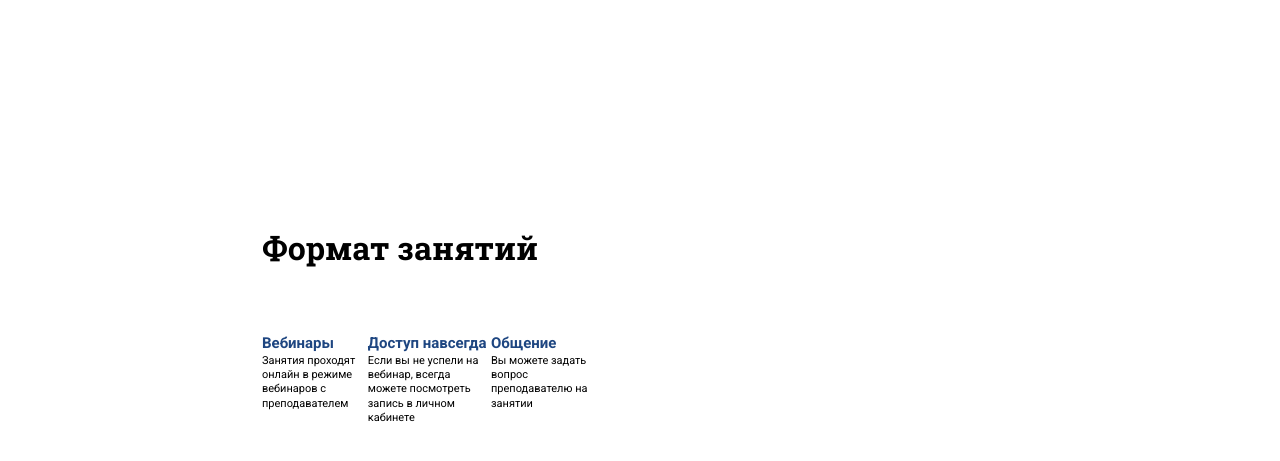
Repository: PoladEziz/Task-4
Page: index.html
These files come from the project's save history. The page is drawn as it stood at one moment and after a run of saves; the edit follows.
The browser window is 1280 px wide. The pictures show the whole page.

Above is the page before, as saved 2023-05-09 17:20:27.

### index.html
<!DOCTYPE html>
<html lang="en">

<head>
    <meta charset="UTF-8">
    <meta http-equiv="X-UA-Compatible" content="IE=edge">
    <meta name="viewport" content="width=device-width, initial-scale=1.0">
    <title>Document</title>
    <link rel="stylesheet" href="index.css">
</head>

<body>
    <div class="main">
        <div class="page-1">
            <h1>Формат занятий</h1>
            <div class="top_child">

                <ul>
                    <li>
                        <h2>Вебинары</h2>
                        <p>Занятия проходят онлайн
                            в режиме вебинаров
                            с преподавателем</p>
                    </li>

                    <li>
                        <h2>Доступ навсегда</h2>
                        <p>Если вы не успели на вебинар, всегда можете посмотреть запись в личном кабинете</p>
                    </li>

                    <li>
                        <h2>Общение</h2>
                        <p>Вы можете задать вопрос
                            преподавателю на занятии</p>
                    </li>


                </ul>
            </div>

        </div>
        <!-- <div class="page-2">
            <h1>Что узнаем</h1>
            <ul>
                <li>Кто чем занят в съёмочной группе; </li>
                <li>На какие этапы делится кинопроизводство; </li>
                <li>Как выглядит сценарий фильма и как он меняется по ходу съёмок; </li>
                <li>Какими методами режиссёры заставляют нас смеяться, плакать и грустить; </li>
                <li>Как построение кадра, музыка и свет помогают считывать заложенные в фильм смыслы; </li>
                <li>Какие жанры есть в кино и как от них зависит работа операторов, осветителей и монтажёров; </li>
                <li>Как, зная всё это, понимать, о чем фильм.</li>
            </ul>




        </div> -->


    </div>
</body>

</html>

### index.css
@import url("https://fonts.googleapis.com/css2?family=Roboto+Slab:wght@700&family=Roboto:wght@700&display=swap");
@import url("https://fonts.googleapis.com/css2?family=Roboto&family=Roboto+Slab:wght@700&display=swap");

* {
  margin: 0;
  padding: 0;
}

.main {
  display: flex;
  flex-direction: column;
  padding-left: 124px;
  padding-top: 162px;
  padding-right: 344px;
}

.page-1 h1 {
  margin-bottom: 133px;
  font-family: "Roboto Slab";
  font-style: normal;
  font-weight: 700;
  font-size: 55px;
  line-height: 55px;
}

.page-1 ul {
  width: 100%;
  display: flex;
  justify-content: space-between;
}

.page-1 ul li {
  list-style-type: none;
}

.page-1 li:nth-child(1) {
  width: 223px;
}

.page-1 li:nth-child(2) {
  width: 260px;
}

.page-1 li:nth-child(3) {
  width: 232px;
}

.page-1 ul li h2 {
  font-family: "Roboto";
  font-style: normal;
  font-weight: 700;
  font-size: 25px;
  line-height: 130%;
  color: #1e4681;
}

.page-1 ul li p {
  font-family: "Roboto";
  font-style: normal;
  font-weight: 400;
  font-size: 18px;
  line-height: 130%;
}

.page-2 {
  margin-top: 168px;
  width: 100%;
}

.page-2 h1 {
  margin-bottom: 62px;
  font-family: Roboto Slab;
  font-size: 55px;
  font-weight: 700;
  line-height: 56px;
  text-align: left;
}

.page-2 ul li {
  font-family: Roboto;
  font-size: 24px;
  font-weight: 400;
  line-height: 36px;
  text-align: left;
}

@media only screen and (max-width: 1280px) {
  .main {
    display: flex;
    flex-direction: column;
    padding-left: 63px;
    padding-top: 93 px;
    padding-right: 480px;
  }

.page-1{
  padding: 70px 199px;

}
  .main .page-1 h1 {
    font-family: 'Roboto Slab';
    font-style: normal;
    font-weight: 700;
    font-size: 32px;
    line-height: 101.38%;
    margin-bottom: 70px;
  }

  .main .page-1 .top_child ul li h2 {
    font-family: 'Roboto';
    font-style: normal;
    font-weight: 700;
    font-size: 15px;
    line-height: 130%;
    margin-bottom: 0;
  }

  .main .page-1 .top_child ul li p {
    font-family: 'Roboto';
    font-style: normal;
    font-weight: 400;
    font-size: 11px;
    line-height: 130%;
  }

  .main .page-2 h1 {
    font-family: 'Roboto Slab';
    font-style: normal;
    font-weight: 700;
    font-size: 32px;
    line-height: 101.38%;
  }

  .main .page-2 ul li {
    font-family: 'Roboto';
    font-style: normal;
    font-weight: 400;
    font-size: 14px;
    line-height: 150%;
  }
}

@media only screen and (max-width: 768px) {
  .main .page-1 h1 {
    font-family: 'Roboto Slab';
    font-style: normal;
    font-weight: 700;
    font-size: 26px;
    line-height: 101.38%;
  }

  .main .page-1 .top_child ul {
    flex-direction: column;
  }

  .main .page-1 .top_child ul li {
    margin-bottom: 35px;
  }

  .main .page-1 .top_child ul li h2 {
    font-family: 'Roboto';
    font-style: normal;
    font-weight: 700;
    font-size: 12px;
    line-height: 130%;
  }

  .main .page-1 .top_child ul li p {
    font-family: 'Roboto';
    font-style: normal;
    font-weight: 400;
    font-size: 11px;
    line-height: 130%;
  }

  .main .page-2 h1 {
    font-family: 'Roboto Slab';
    font-style: normal;
    font-weight: 700;
    font-size: 32px;
    line-height: 101.38%;
  }

  .main .page-2 ul li {
    font-family: 'Roboto';
    font-style: normal;
    font-weight: 400;
    font-size: 14px;
    line-height: 150%;
  }
}

After the next 2 saves:
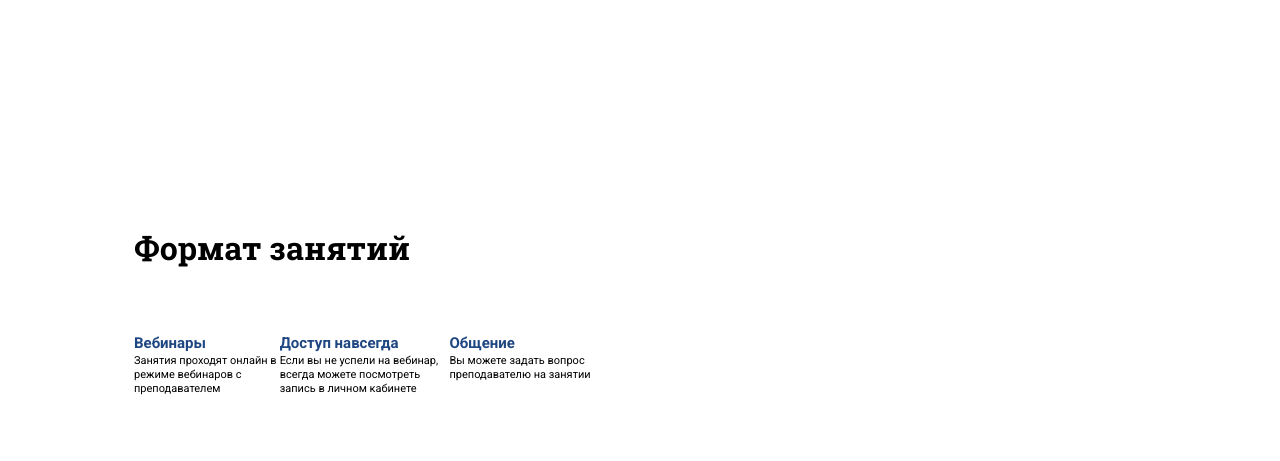
The 2 saves are shown as one change because they came seconds apart.
The last was saved 22 s later.
--- a/index.css
+++ b/index.css
@@ -94,7 +94,7 @@
   }
 
 .page-1{
-  padding: 70px 199px;
+  padding: 70px 199px 127px 71px;
 
 }
   .main .page-1 h1 {
